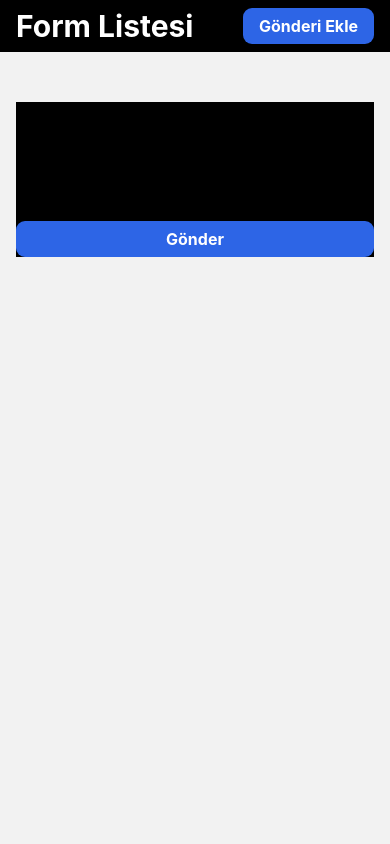
Repository: Kubraaygun/FirebaseRN
Screen: /
These files come from the project's save history. The screen is drawn as it stood at one moment and after the next save; the edit follows.
The app was drawn by React Native's web renderer in a window 390 px wide. The project was rebuilt for these pictures with package versions that can differ from the ones it lists, and the page was loaded fresh each time. Also part of the build but not shown: src/screens/ListPost/ListPostView.jsx, src/screens/ListPost/ListPostController.jsx.

Above is the screen before, as saved 2025-01-20 20:47:04.

### App.js
import {SafeAreaView, StyleSheet, Text, View} from 'react-native';
import React, {useState} from 'react';
import {createNativeStackNavigator} from '@react-navigation/native-stack';
import {NavigationContainer} from '@react-navigation/native';
import ListPostController from './src/screens/ListPost/ListPostController';
import AddPostController from './src/screens/AddPost/AddPostController';
import AppBar from './src/screens/component/AppBar';

const App = () => {
  const [activePage, setActivePage] = useState('Gönderiler');
  const Stack = createNativeStackNavigator();
  return (
    <SafeAreaView style={{flex: 1}}>
      <NavigationContainer>
        <AppBar activePage={activePage} setActivePage={setActivePage} />
        <Stack.Navigator
          screenOptions={{headerShown: false}}
          initialRouteName="AddPost">
          <Stack.Screen name="ListPost" component={ListPostController} />
          <Stack.Screen name="AddPost" component={AddPostController} />
        </Stack.Navigator>
      </NavigationContainer>
    </SafeAreaView>
  );
};

export default App;

const styles = StyleSheet.create({});

### src/screens/AddPost/AddPostController.jsx
import {StyleSheet, Text, View} from 'react-native';
import React from 'react';
import AddPostView from './AddPostView';

const AddPostController = () => {
  return <AddPostView />;
};

export default AddPostController;

const styles = StyleSheet.create({});

### src/screens/component/AppBar.jsx
import {StyleSheet, Text, View} from 'react-native';
import React from 'react';
import CustomButton from './CustomButton';
import {useNavigation} from '@react-navigation/native';

const AppBar = ({activePage, setActivePage}) => {
  const navigation = useNavigation();
  return (
    <View style={styles.container}>
      <Text style={styles.title}>Form Listesi</Text>
      {activePage === 'Gönderiler' ? (
        <CustomButton
          buttonTitle={'Gönderi Ekle'}
          onPress={() => {
            setActivePage('Gönderi Ekle');
            navigation.navigate('AddPost');
          }}
        />
      ) : (
        <CustomButton
          buttonTitle={'Gönderi Listesi'}
          onPress={() => {
            setActivePage('Gönderiler');
            navigation.navigate('ListPost');
          }}
        />
      )}
    </View>
  );
};

export default AppBar;

const styles = StyleSheet.create({
  container: {
    backgroundColor: '#000000',
    flexDirection: 'row',
    justifyContent: 'space-between',
    paddingHorizontal: 16,
    paddingVertical: 8,
    alignItems: 'center',
  },
  title: {
    color: 'white',
    fontSize: 30,
    fontWeight: '700',
  },
});

### src/screens/AddPost/AddPostView.jsx
import {StyleSheet, Text, TextInput, View} from 'react-native';
import React from 'react';
import CustomButton from '../component/CustomButton';

const AddPostView = () => {
  return (
    <View style={styles.form}>
      <Text style={styles.formTitle}>Yeni Gönderi Ekle</Text>
      <View style={styles.inputGroup}>
        <Text style={styles.label}>Kullanıcı Adı</Text>
        <TextInput style={styles.input} placeholder="Kullanici Adi" />
      </View>

      <View style={styles.inputGroup}>
        <Text style={styles.label}>Başlık</Text>
        <TextInput style={styles.input} placeholder="Başlık" />
      </View>

      <View style={styles.inputGroup}>
        <Text style={styles.label}>Açıklama</Text>
        <TextInput style={styles.input} placeholder="Açıklama" />
      </View>

      <CustomButton buttonTitle={'Gönder'} />
    </View>
  );
};

export default AddPostView;

const styles = StyleSheet.create({
  form: {
    backgroundColor: 'black',
    marginVertical: 50,
    marginHorizontal: 16,
  },
});

### src/screens/component/CustomButton.jsx
import {StyleSheet, Text, TouchableOpacity, View} from 'react-native';
import React from 'react';

const CustomButton = ({buttonTitle, onPress}) => {
  return (
    <TouchableOpacity onPress={onPress} style={styles.buttonContainer}>
      <Text style={styles.buttonTitle}>{buttonTitle}</Text>
    </TouchableOpacity>
  );
};

export default CustomButton;

const styles = StyleSheet.create({
  buttonContainer: {
    backgroundColor: '#2D65E6',
    paddingHorizontal: 16,
    paddingVertical: 8,
    borderRadius: 9,
    alignItems: 'center',
    justifyContent: 'center',
  },
  buttonTitle: {
    color: '#ffffff',
    fontSize: 16,
    fontWeight: '700',
  },
});

After the next save:
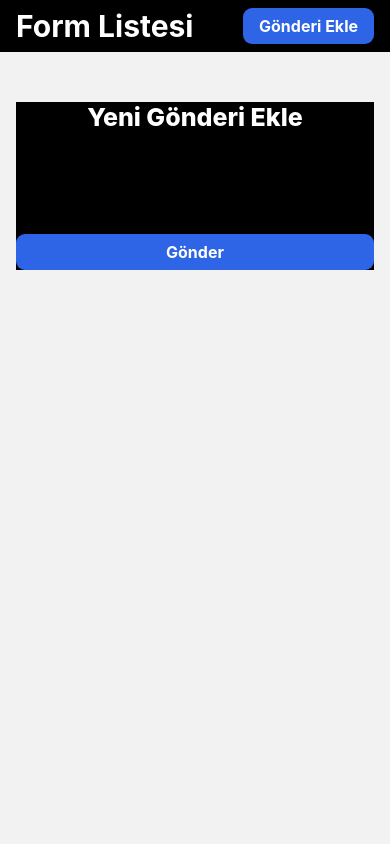
Saved 32 s later.
--- a/src/screens/AddPost/AddPostView.jsx
+++ b/src/screens/AddPost/AddPostView.jsx
@@ -34,4 +34,10 @@ const styles = StyleSheet.create({
     marginVertical: 50,
     marginHorizontal: 16,
   },
+  formTitle: {
+    color: '#FFFFFF',
+    textAlign: 'center',
+    fontSize: 25,
+    fontWeight: '800',
+  },
 });
